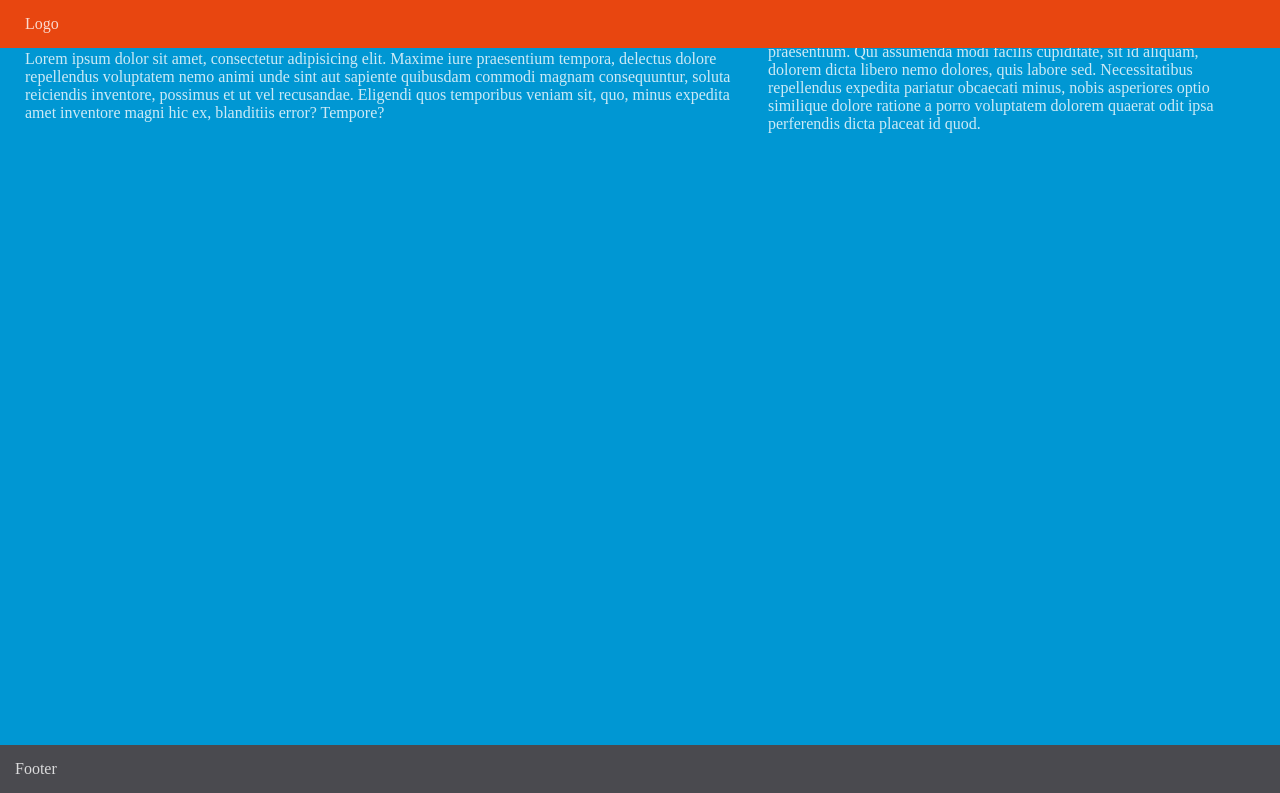
Repository: jdtiding/Responsive_Design
Page: index.html
The author's editor kept a record of every edit. The page is drawn from the files as they stood at one moment, then again after the next edit.
The browser window is 1280 px wide. The pictures show the whole page.

Above is the page before.

### index.html
<!DOCTYPE html>
<html lang="en">
<head>
    <meta charset="UTF-8">
    <meta name="viewport" content="width=device-width, initial-scale=1.0">
    <meta http-equiv="X-UA-Compatible" content="ie=edge">
    <link rel="stylesheet" href="index.css" type="text/css" />
    <title>Responsive Design</title>
</head>
<body>
    <main class="main">
        <header class="header">
            <div class="logo">Logo</div>
        </header>
        <section class="section">
            <article class="article column column-60">
                <p class="section-paragraph">
                    Lorem ipsum dolor sit amet, consectetur adipisicing elit. Maxime iure praesentium tempora, delectus dolore repellendus voluptatem nemo animi unde sint aut sapiente quibusdam commodi magnam consequuntur, soluta reiciendis inventore, possimus et ut vel recusandae. Eligendi quos temporibus veniam sit, quo, minus expedita amet inventore magni hic ex, blanditiis error? Tempore?
                </p>
            </article>
            <aside class="aside column column-40"></aside>
            <p class="section-paragraph">
            Lorem ipsum dolor sit amet, consectetur adipisicing elit. Doloremque, praesentium. Qui assumenda modi facilis cupiditate, sit id aliquam, dolorem dicta libero nemo dolores, quis labore sed. Necessitatibus repellendus expedita pariatur obcaecati minus, nobis asperiores optio similique dolore ratione a porro voluptatem dolorem quaerat odit ipsa perferendis dicta placeat id quod.
            </p>
        </section>
        <footer class="footer">
            Footer
        </footer>
    </main>
</body>
</html>

### index.css
body, html {
    height: 100%;
    margin: 0;
    color: rgba(255, 255,255, .8);
}

.header {
    position: fixed;
    top: 0;
    left: 0;
    right: 0;
    background-color: #e84610;
    padding: 15px 25px;
}

.main {
    height: 100%;
}

.section {
    background-color: #0097d3;
    height: 100%;
}

.vcenter {
    position: relative;
    top: 50%;
    transform: translateY(-50%);
}

.section-paragraph {
    font-size: 1em;
    margin: 25px;
}

.footer {
    background-color: #4a4a4f;
    padding: 15px;
}

@media (min-width: 768px) {
    .column {
        float: left;
    }

    .column-60 {
        width: 60%;
    }

    .column-40 {
        width: 40%;
    }
}

After the next edit:
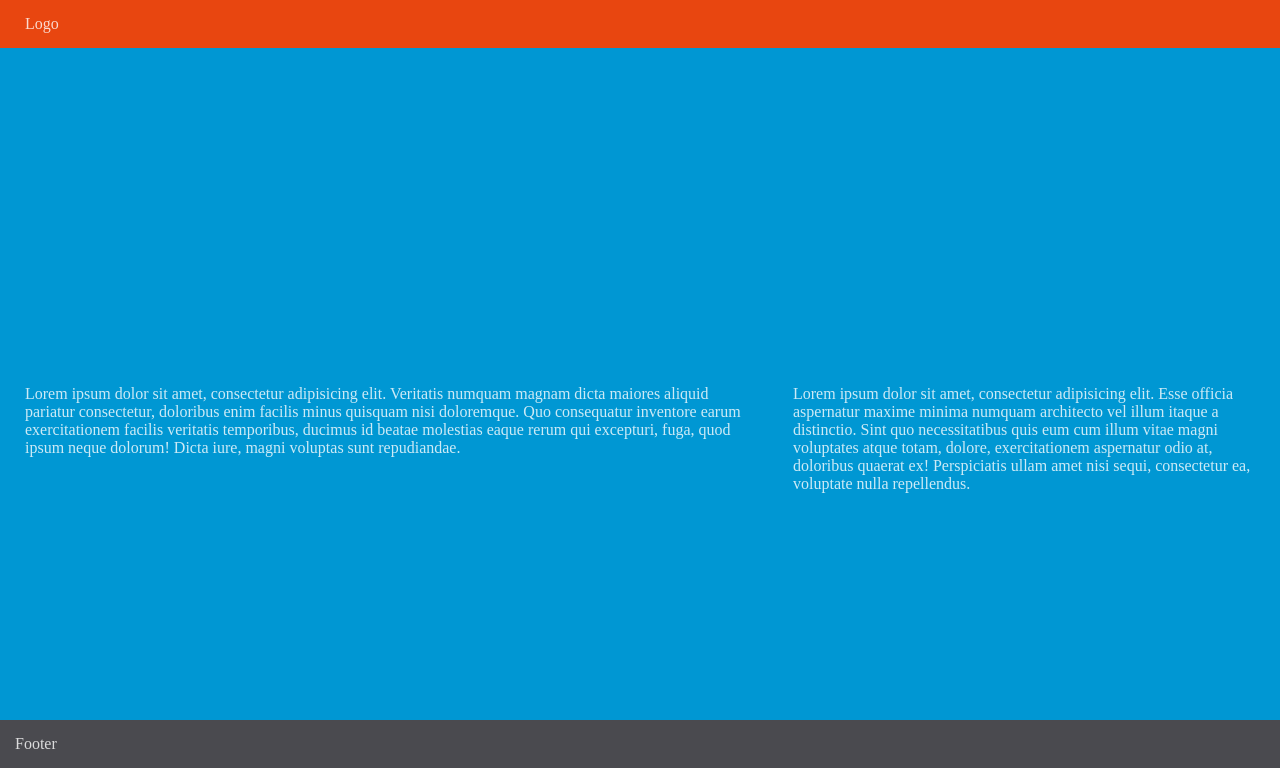
The edit:
--- a/index.html
+++ b/index.html
@@ -4,28 +4,34 @@
     <meta charset="UTF-8">
     <meta name="viewport" content="width=device-width, initial-scale=1.0">
     <meta http-equiv="X-UA-Compatible" content="ie=edge">
-    <link rel="stylesheet" href="index.css" type="text/css" />
+    <link rel="stylesheet" type="text/css" href="index.css">
     <title>Responsive Design</title>
 </head>
 <body>
-    <main class="main">
-        <header class="header">
-            <div class="logo">Logo</div>
-        </header>
-        <section class="section">
-            <article class="article column column-60">
-                <p class="section-paragraph">
-                    Lorem ipsum dolor sit amet, consectetur adipisicing elit. Maxime iure praesentium tempora, delectus dolore repellendus voluptatem nemo animi unde sint aut sapiente quibusdam commodi magnam consequuntur, soluta reiciendis inventore, possimus et ut vel recusandae. Eligendi quos temporibus veniam sit, quo, minus expedita amet inventore magni hic ex, blanditiis error? Tempore?
-                </p>
-            </article>
-            <aside class="aside column column-40"></aside>
-            <p class="section-paragraph">
-            Lorem ipsum dolor sit amet, consectetur adipisicing elit. Doloremque, praesentium. Qui assumenda modi facilis cupiditate, sit id aliquam, dolorem dicta libero nemo dolores, quis labore sed. Necessitatibus repellendus expedita pariatur obcaecati minus, nobis asperiores optio similique dolore ratione a porro voluptatem dolorem quaerat odit ipsa perferendis dicta placeat id quod.
-            </p>
-        </section>
-        <footer class="footer">
-            Footer
-        </footer>
-    </main>
+  <main class="main">
+    <header class="header">
+      <div class="logo">Logo</div>
+    </header>
+
+
+    <section class="section">
+     <div class="vcenter">
+        <article class="article column column-60">
+          <p class="section-paragraph">
+            Lorem ipsum dolor sit amet, consectetur adipisicing elit. Veritatis numquam magnam dicta maiores aliquid pariatur consectetur, doloribus enim facilis minus quisquam nisi doloremque. Quo consequatur inventore earum exercitationem facilis veritatis temporibus, ducimus id beatae molestias eaque rerum qui excepturi, fuga, quod ipsum neque dolorum! Dicta iure, magni voluptas sunt repudiandae.
+          </p>
+        </article>
+        <aside class="aside column column-40">
+          <p class="section-paragraph">
+            Lorem ipsum dolor sit amet, consectetur adipisicing elit. Esse officia aspernatur maxime minima numquam architecto vel illum itaque a distinctio. Sint quo necessitatibus quis eum cum illum vitae magni voluptates atque totam, dolore, exercitationem aspernatur odio at, doloribus quaerat ex! Perspiciatis ullam amet nisi sequi, consectetur ea, voluptate nulla repellendus.
+          </p>
+        </aside>
+     </div>
+    </section>
+
+    <footer class="footer">
+      Footer
+    </footer>
+  </main>
 </body>
 </html>
